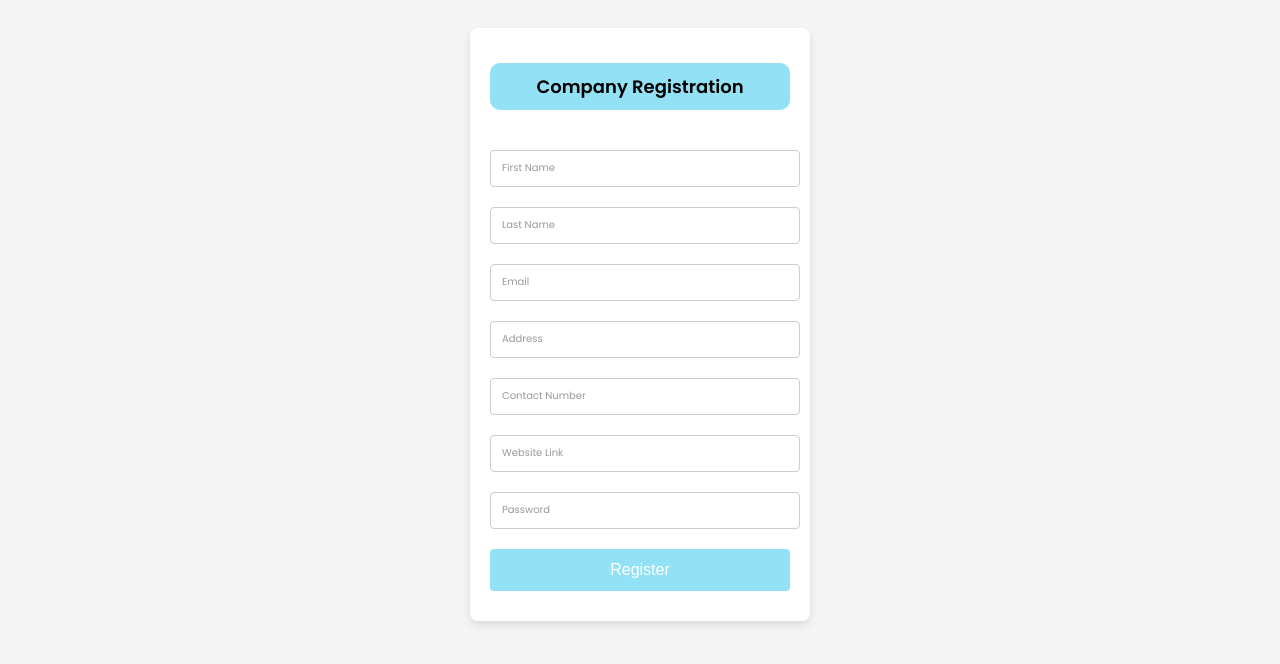
Repository: parthsabhani/Job_Portal_JSP_Servlet
Page: http://localhost/Job_Portal/companyRegistration.jsp
These files come from the project's save history. The page is drawn as it stood at one moment and after the next save; the edit follows.
The browser window is 1280 px wide. The pictures show the whole page.
The page is served by Tomcat 10.

Above is the page before, as saved 2025-04-22 09:04:52.

After the next save:
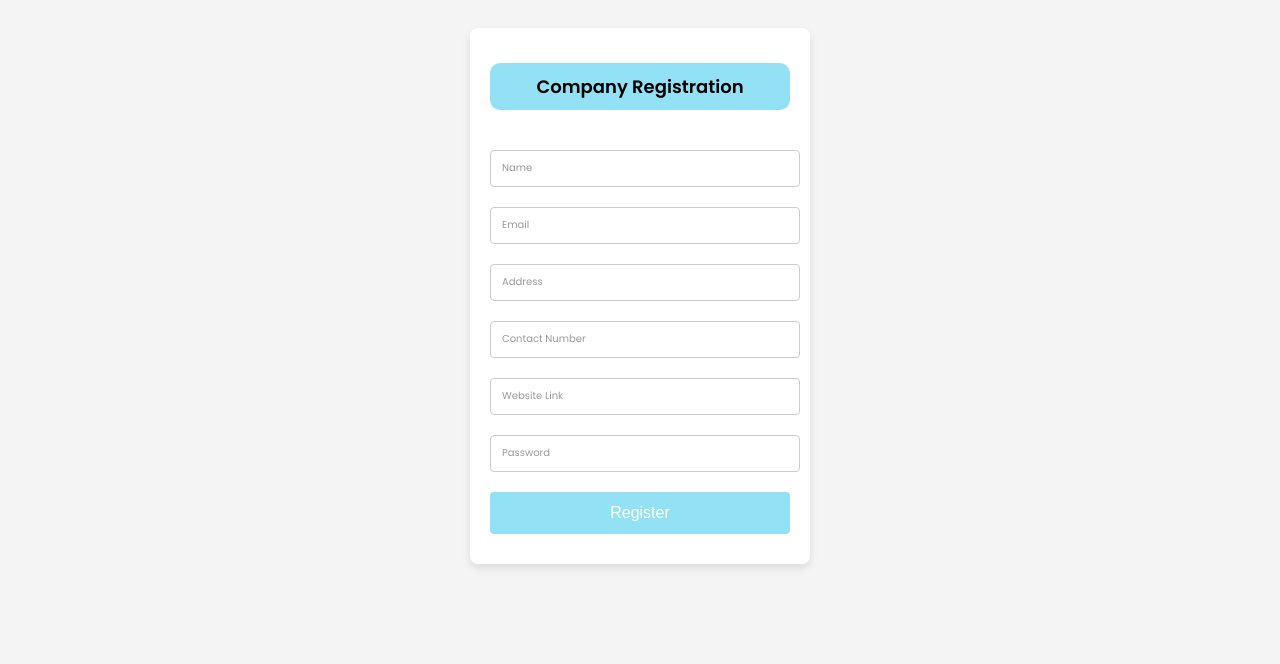
Saved 40 s later.
--- a/Job_Portal/src/main/webapp/companyRegistration.jsp
+++ b/Job_Portal/src/main/webapp/companyRegistration.jsp
@@ -121,16 +121,10 @@ label {
 		<h2>Company Registration</h2>
 		<form action="" method="post" id="registrationForm">
 
-			<!-- First Name Field -->
+			<!-- Full Name Field -->
 			<div class="input-container">
-				<input type="text" id="firstName" name="firstName" placeholder=" "
-					required> <label for="firstName">First Name</label>
-			</div>
-
-			<!-- Last Name Field -->
-			<div class="input-container">
-				<input type="text" id="lastName" name="lastName" placeholder=" "
-					required> <label for="lastName">Last Name</label>
+				<input type="text" id="name" name="name" placeholder=" "
+					required> <label for="name">Name</label>
 			</div>
 
 			<!-- Email Field -->
